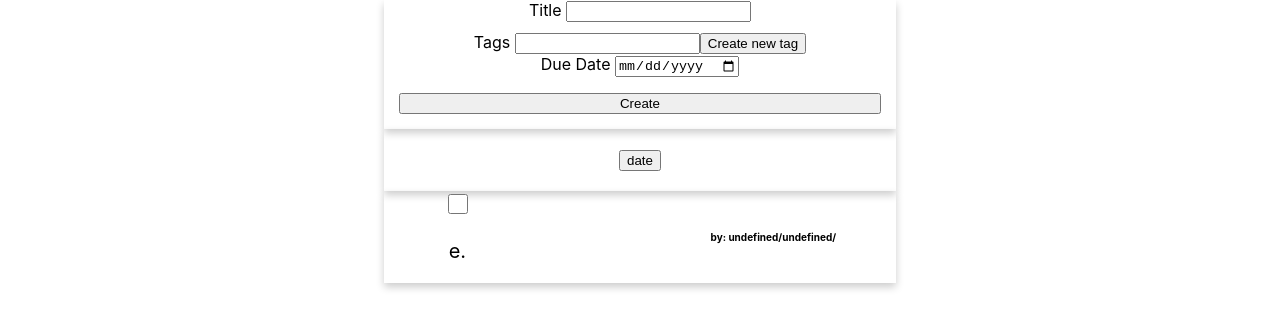
Repository: sanjayMamidipaka/reactappbits
Page: /, after clicking the first element matching `div.submitButton > button`
These files come from the project's save history. The page is drawn as it stood at one moment and after the next save; the edit follows.
The browser window is 1280 px wide. The pictures show the whole page.
The project was rebuilt for these pictures with package versions that can differ from the ones it lists, and the page was loaded fresh each time. Also part of the build but not shown: src/components/Tag.css, src/components/Tag.tsx.

Above is the page before, as saved 2022-01-18 22:15:03.

After the next save:
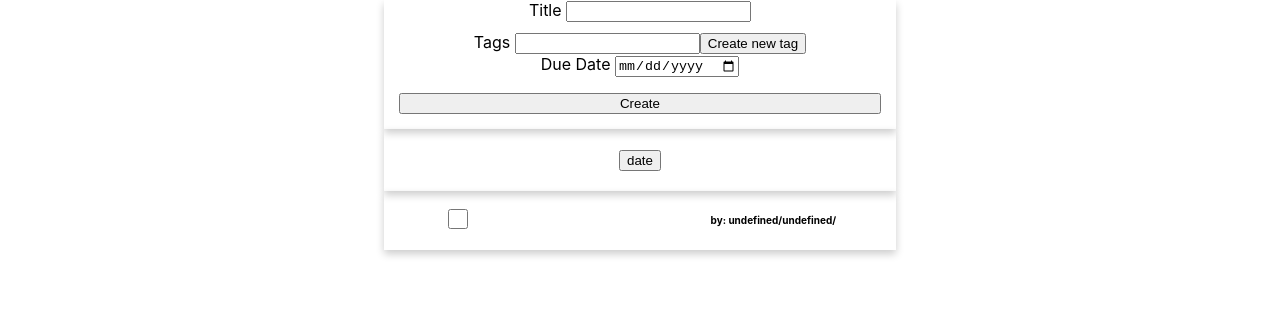
Saved 5 s later.
--- a/src/components/TodoItem.tsx
+++ b/src/components/TodoItem.tsx
@@ -27,7 +27,6 @@ export default function TodoItem({todoListItem, index, setChecked, checked}: {to
             <div className="grid-container">
                 <div className="grid-item">
                     <input type="checkbox" onChange={(e)=> setChecked(e.target.checked)}/>
-                    <p>e.</p>
                 </div>
                 <div className="grid-item">
                     <h1 style={{fontSize: '30px', marginBottom: '-15px'}}>{title}</h1>
